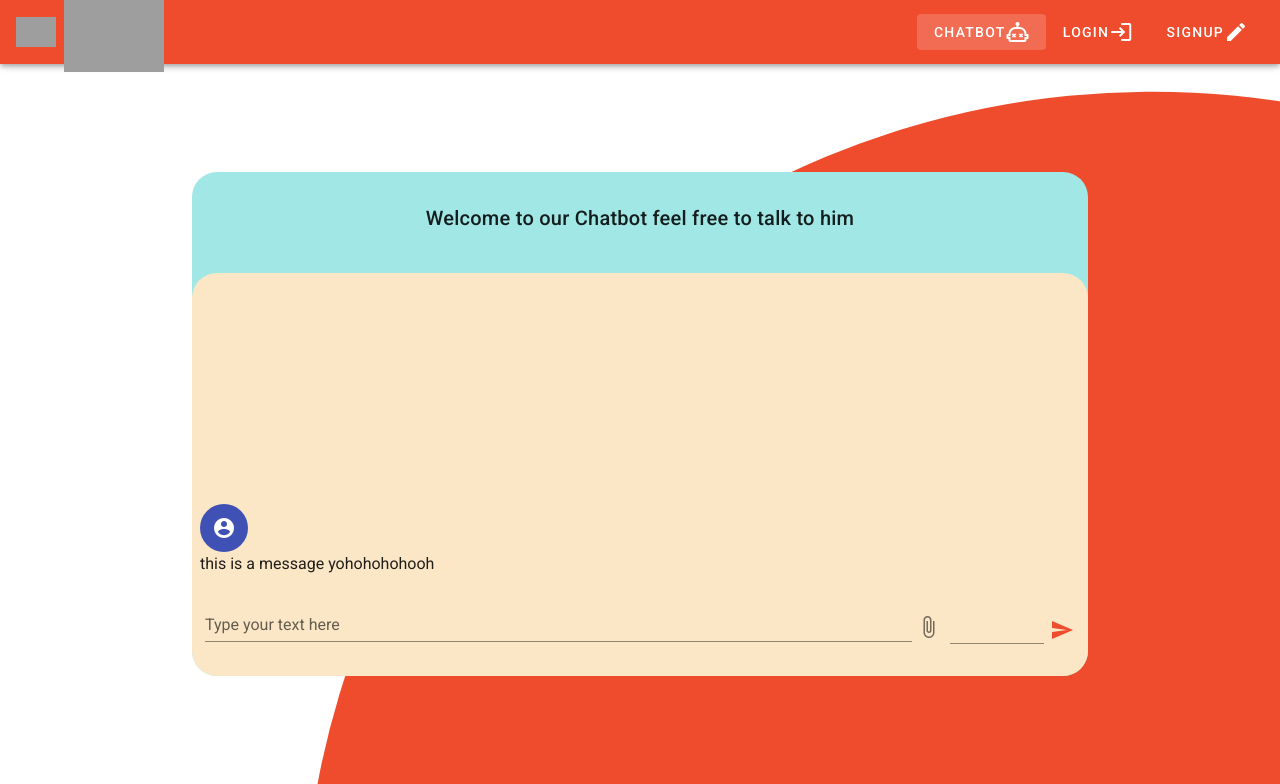
Repository: atout811/pyTorch-Hackathon
Page: /chatbot (app in frontend/)
The author's editor kept a copy of each file at every save. The page is drawn from the files as they stood at one save, then again after the next save.
The browser window is 1280 px wide. The pictures show the whole page.
Pictures or frames that could not be fetched are drawn as grey boxes. The project was rebuilt for these pictures with package versions that can differ from the ones it lists, and the page was loaded fresh each time. Also part of the build but not shown: frontend/vue.config.js, frontend/src/views/Home.vue.

Above is the page before, as saved 2021-10-21 15:17:51.

After the next save:
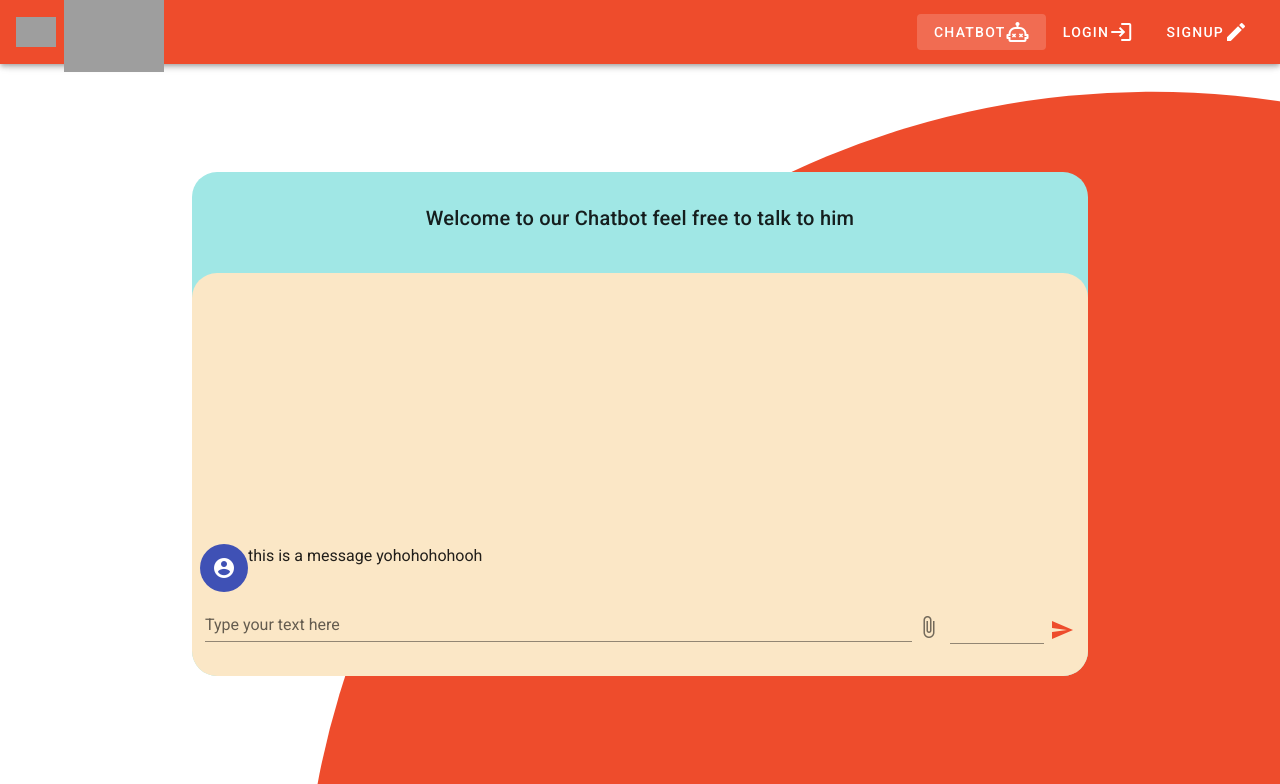
Saved 15 s later.
--- a/frontend/src/views/Chatbot.vue
+++ b/frontend/src/views/Chatbot.vue
@@ -77,4 +77,7 @@ export default {
   display: flex;
   align-items: center;
 }
+.message {
+  display: flex;
+}
 </style>
